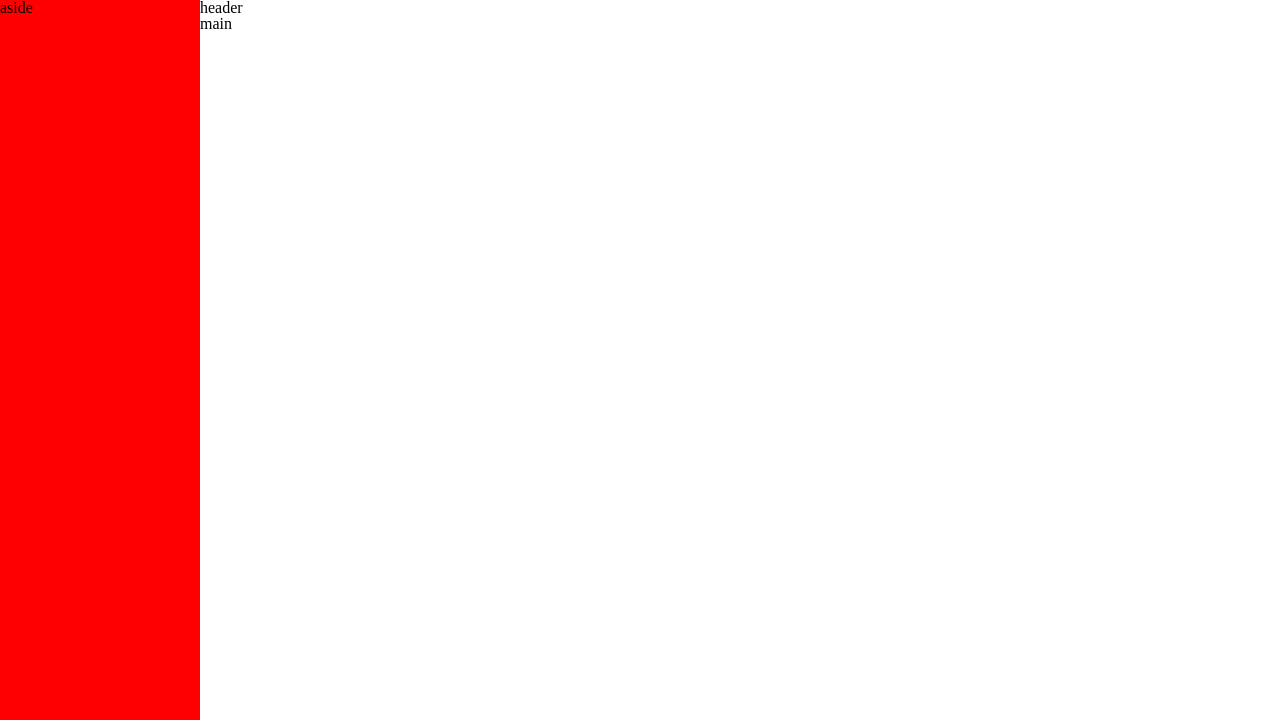
Repository: serrrN/admin
Page: /
An editor plug-in stored every save of this project. The page is shown before and after the next save, followed by the edit.
The browser window is 1280 px wide. The pictures show the whole page.
The project was rebuilt for these pictures with package versions that can differ from the ones it lists, and the page was loaded fresh each time. Also part of the build but not shown: vite.config.ts.

Above is the page before, as saved 2024-06-02 11:13:33.

After the next save:
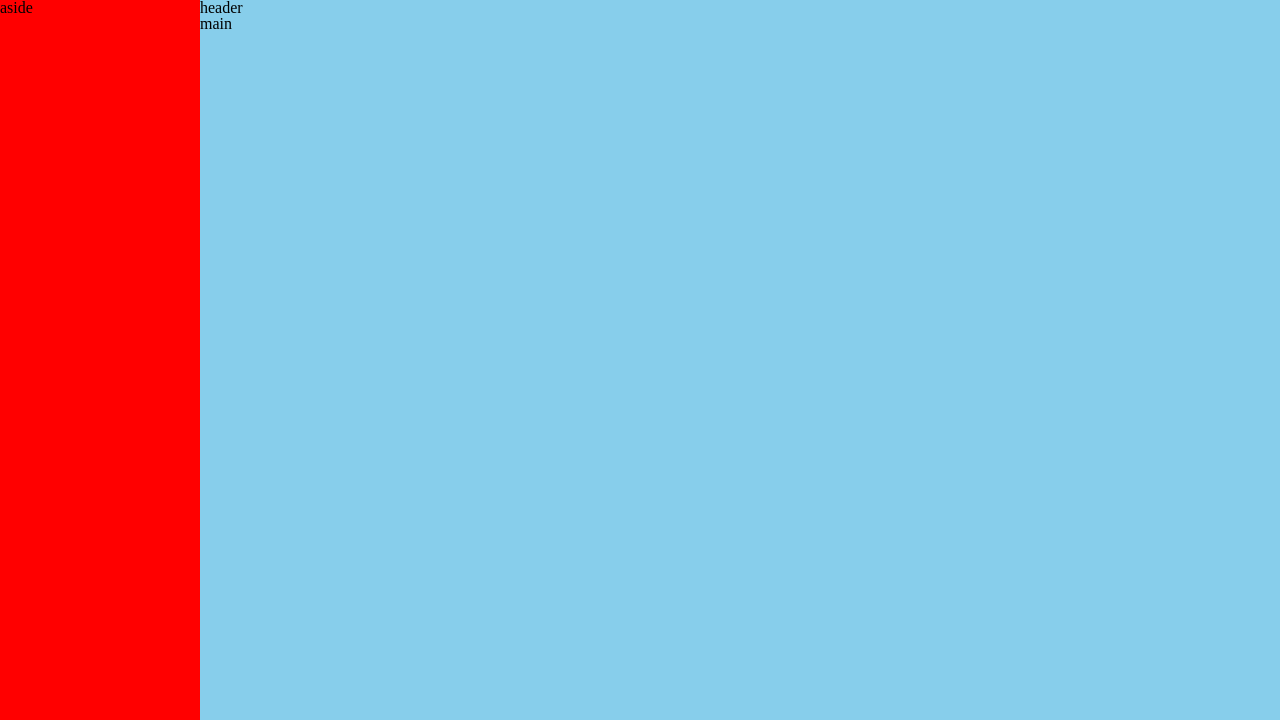
Saved 8 s later.
--- a/src/layout/index.vue
+++ b/src/layout/index.vue
@@ -22,6 +22,7 @@
   }
   .right {
     width: calc(100% - 200px);
+    background-color: skyblue;
   }
 }
 </style>

After the save that followed:
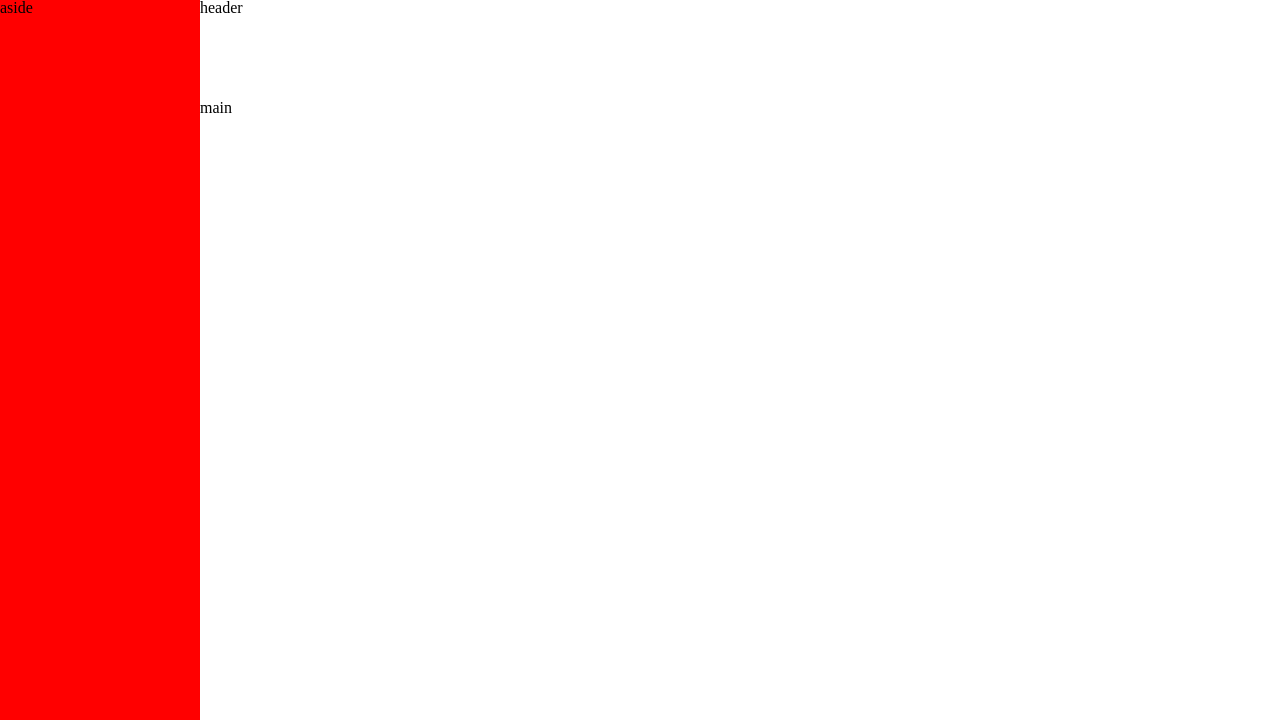
Saved 48 s later.
--- a/src/layout/index.vue
+++ b/src/layout/index.vue
@@ -22,7 +22,10 @@
   }
   .right {
     width: calc(100% - 200px);
-    background-color: skyblue;
+    .header {
+      width: 100%;
+      height: 100px;
+    }
   }
 }
 </style>
